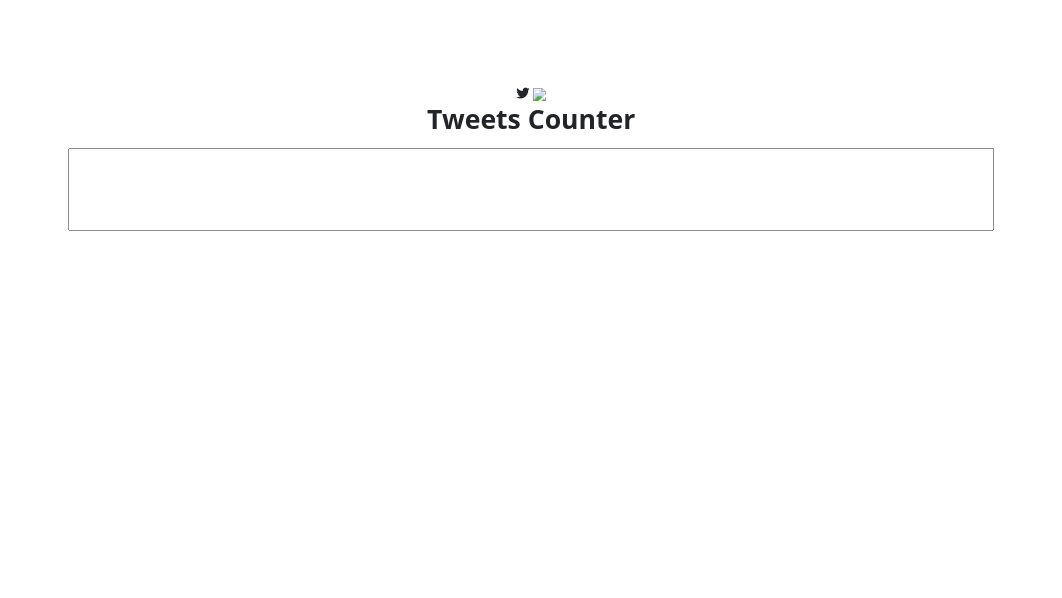
Repository: magmukendi/Tweets-Count
Page: index.html
These files come from the project's save history. The page is drawn as it stood at one moment and after a run of saves; the edit follows.
The browser window is 1280 px wide. The pictures show the whole page, at 83% of full size.
Some web libraries are served in a nearby version.

Above is the page before, as saved 2022-06-11 16:25:21.

### index.html
<!DOCTYPE html>
<html lang="en">
<head>
    <meta charset="UTF-8">
    <meta http-equiv="X-UA-Compatible" content="IE=edge">
    <meta name="viewport" content="width=device-width, initial-scale=1.0">
    <link href="https://cdn.jsdelivr.net/npm/bootstrap@5.2.0-beta1/dist/css/bootstrap.min.css" rel="stylesheet" integrity="sha384-0evHe/X+R7YkIZDRvuzKMRqM+OrBnVFBL6DOitfPri4tjfHxaWutUpFmBp4vmVor" crossorigin="anonymous">
    <link rel="shortcut icon" href="assets/images/FAVICON-profile.ico"image/x-icon">
    <script src="https://kit.fontawesome.com/cd3abaa76f.js" crossorigin="anonymous"></script>

    <link href="style.css" rel="stylesheet">
    <title>TweetsCount by LeGrandMAG</title>
</head>
<body>
    <div id="answer" class="container row">
        <div id = "headline">
            <i class="fa-brands fa-twitter"></i>
            <img src="/"">
            <h2><b>Tweets Counter</b></h2>
        </div>
        <textarea id="tt" class="mt-2 mb-2" id="won" autosize></textarea>
       <!--

           <button onclick="myFunction()" class="btn btn-primary"> Calculate</button>
        -->


    </div>

    <div id="result" style="width: 80%; margin:auto; flex-wrap: wrap; text-align: justify;">

    </div>


    <script type="text/javascript" src="app.js"></script>
</body>
</html>

### style.css
body{
    margin:auto;
    margin-top: 100px;
    align-items: center;
    text-align: center;
}
.container{
    margin:auto;
    display: flex;
    justify-content: center;
    align-items: center;
}

.form-elem{
    margin-top: 10;
    margin-bottom: 10;
}

#tt{
    resize: none;
    overflow: visible;
    padding-top:10px;
    padding-bottom: 10px;
    height: 100px;
}


button{
    visibility: hidden;
}

### app.js
let list = []
let result = 0;
let x;
let p;
let xValue;
let s;
let number;
let input = document.getElementById('tt');
let d;
let e;
let doc = document.getElementById('result');

function print(){
        doc.innerHTML = '';
        x = document.getElementById('tt');
        p = document.createElement('p')
        number = document.createElement('p')
        xValue = x.value;
        if (xValue){
                p.innerText = xValue
        }
        doc.append(number)
        doc.appendChild(p)
        p.id = "txx"
        p.style = 'font-weight:bold; font-size:50px; margin-top:50px; flex-wrap:wrap';
}
function colorChange(){
        s = p.innerText
        let n =/\w+/g
        let char = /.|\s|\n+/g
        console.log(s.match(char).length)

        number.innerText = (145 - s.match(char).length);

        if(s.match(char).length <=145/2){

                p.style.color ='green'
        }
        else if(s.match(char).length >=145/2 && s.match(char).length <135){
                p.style.color = 'blue';

        }
        else if(s.match(char).length >=135 && s.match(char).length<=145){
                p.style.color ='red';
                console.log(s.match(n));

        }

        else if(s.match(char).length >145){
                number.innerText= "You are " + (s.match(char).length - 145) +" characters more than expected.";
                p.style.visibility ='hidden'
        }


}
function render (){
        document.getElementById('tt').addEventListener('keyup', print)
        document.getElementById('tt').addEventListener('keyup', colorChange)
}
render()
function myFunction(){
        let ll = document.getElementById('txx')
        var blob = new Blob([ll.innerText], {
                type: "text/plain;charset=utf-8;",
            });
        saveAs(blob, "thing.txt");

}

After the next 3 saves:
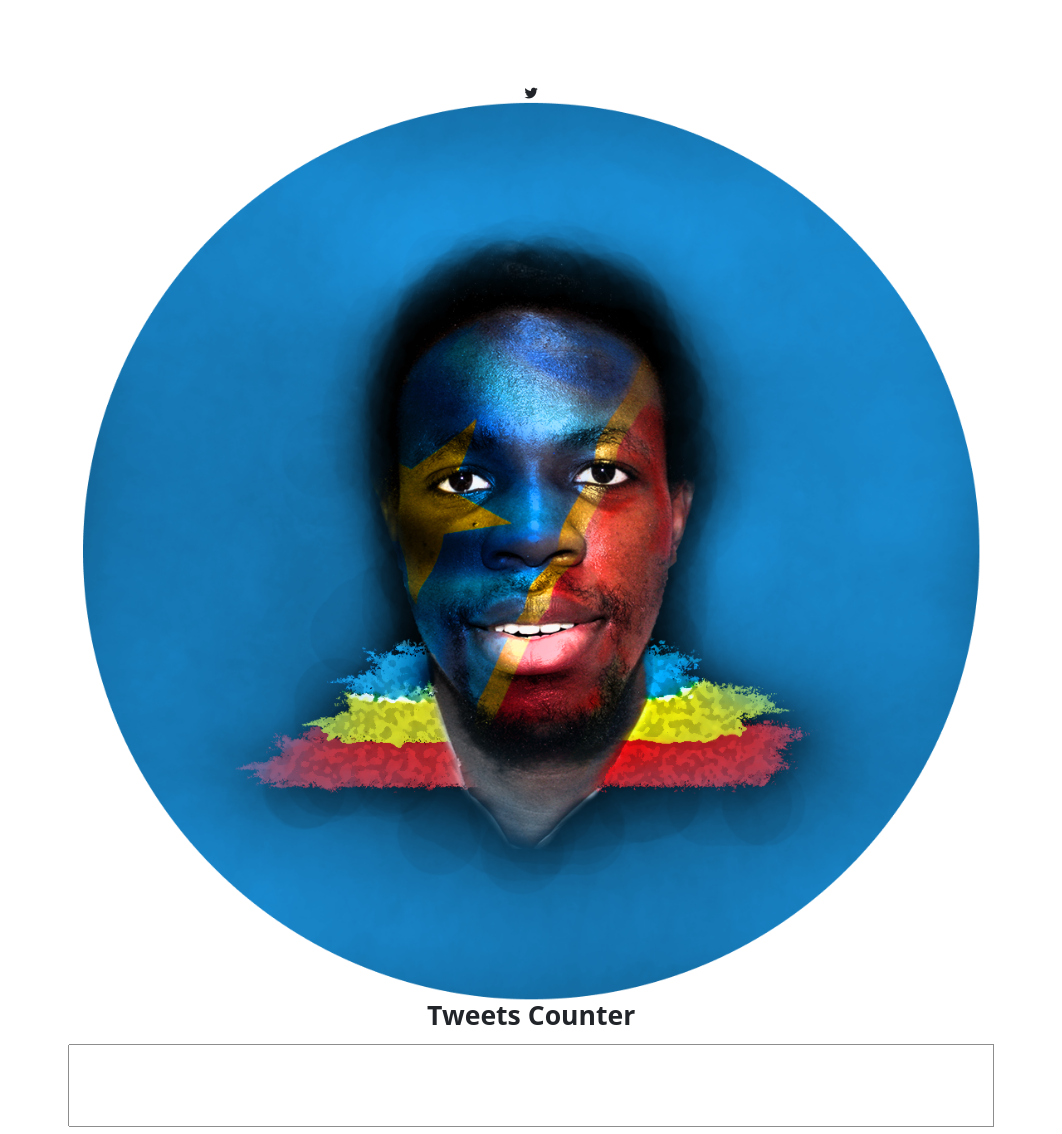
The 3 saves are shown as one change because they came seconds apart.
The last was saved 10 s later.
--- a/index.html
+++ b/index.html
@@ -15,7 +15,7 @@
     <div id="answer" class="container row">
         <div id = "headline">
             <i class="fa-brands fa-twitter"></i>
-            <img src="/"">
+            <img src="/assets/images/Profile.png">
             <h2><b>Tweets Counter</b></h2>
         </div>
         <textarea id="tt" class="mt-2 mb-2" id="won" autosize></textarea>
